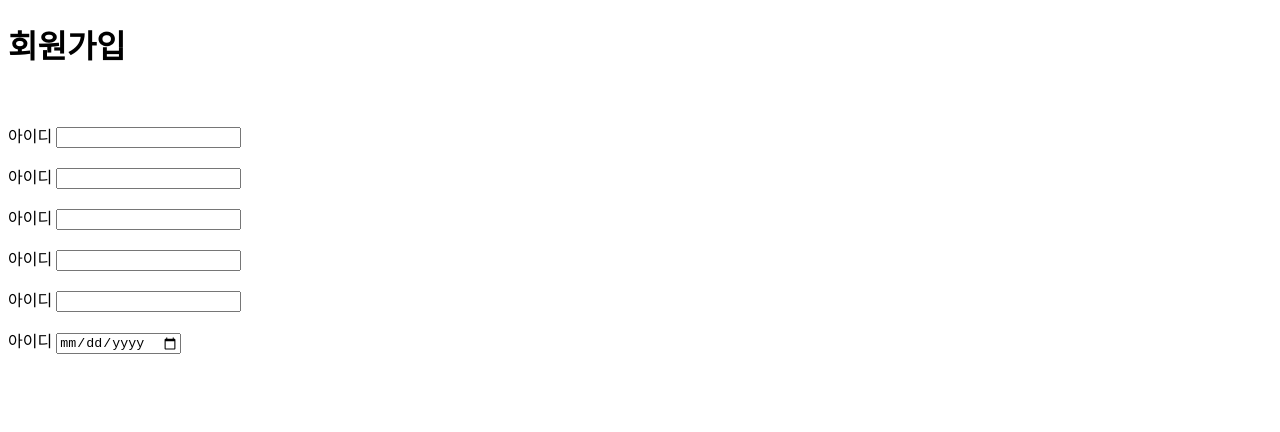
Repository: yoojisoo/YONSAI
Page: http://localhost/schemasJMS/html/joinForm.jsp
An editor plug-in stored every save of this project. The page is shown before and after the next save, followed by the edit.
The browser window is 1280 px wide. The pictures show the whole page.
The page is served by Tomcat 9.

Above is the page before, as saved 2021-08-26 02:36:01.

After the next save:
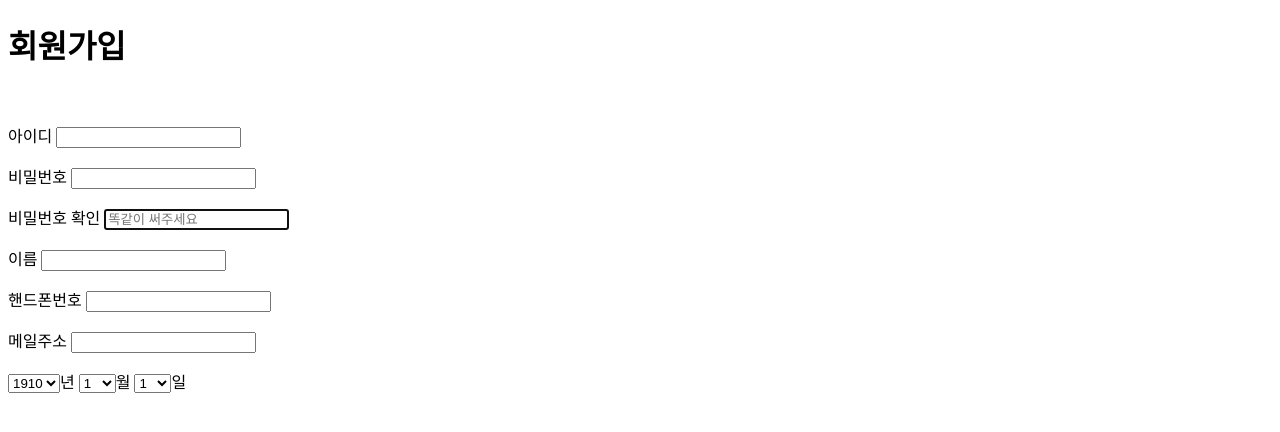
Saved 13 min 41 s later.
--- a/jsworkspace/schemasJMS/src/main/webapp/html/joinForm.jsp
+++ b/jsworkspace/schemasJMS/src/main/webapp/html/joinForm.jsp
@@ -1,3 +1,4 @@
+<%@page import="java.time.LocalDate"%>
 <%@ page language="java" contentType="text/html; charset=UTF-8"
     pageEncoding="UTF-8"%>
 <%@ taglib uri="http://java.sun.com/jsp/jstl/core" prefix="c" %>
@@ -11,13 +12,38 @@
 <body>
 	<h1>회원가입</h1>
 	<br>
+	<%
+	LocalDate now = LocalDate.now();
+	int year = now.getYear();
+	int month = now.getMonthValue();
+	int day = now.getDayOfMonth();
+	int i =0;%>
+
 		<form action="joinOK.jsp" method="post">
-			<p>아이디 <input type="text" name="id"></p>
-			<p>아이디 <input type="text" name="pw"></p>
-			<p>아이디 <input type="text" name="name"></p>
-			<p>아이디 <input type="text" name="phon"></p>
-			<p>아이디 <input type="text" name="mail"></p>
-			<p>아이디 <input type="date" name="birth"></p>
+			<p>아이디 <input type="text" name="id" " required></p>
+			<p>비밀번호 <input type="text" name="pw"></p>
+			<p>비밀번호 확인 <input type="text" name="pw" placeholder="똑같이 써주세요" autofocus></p>
+			<p>이름 <input type="text" name="name"></p>
+			<p>핸드폰번호 <input type="text" name="phon"></p>
+			<p>메일주소 <input type="email" name="umail"></p>
+
+			<select name = "year">
+			<%for(i=1910; i<=year; i++){ %>
+				<option value="<%=i%>"> <%=i %> </option>
+			<%}%>
+			</select>년
+
+			<select name = "month">
+			<%for(i=1; i<=12; i++){ %>
+				<option value="<%=i%>"> <%=i %> </option>
+			<%}%>
+			</select>월
+
+			<select name = "day">
+			<%for(i=1; i<=31; i++){ %>
+				<option value="<%=i%>"> <%=i %> </option>
+			<%}%>
+			</select>일
 		</form>
 
 </body>
